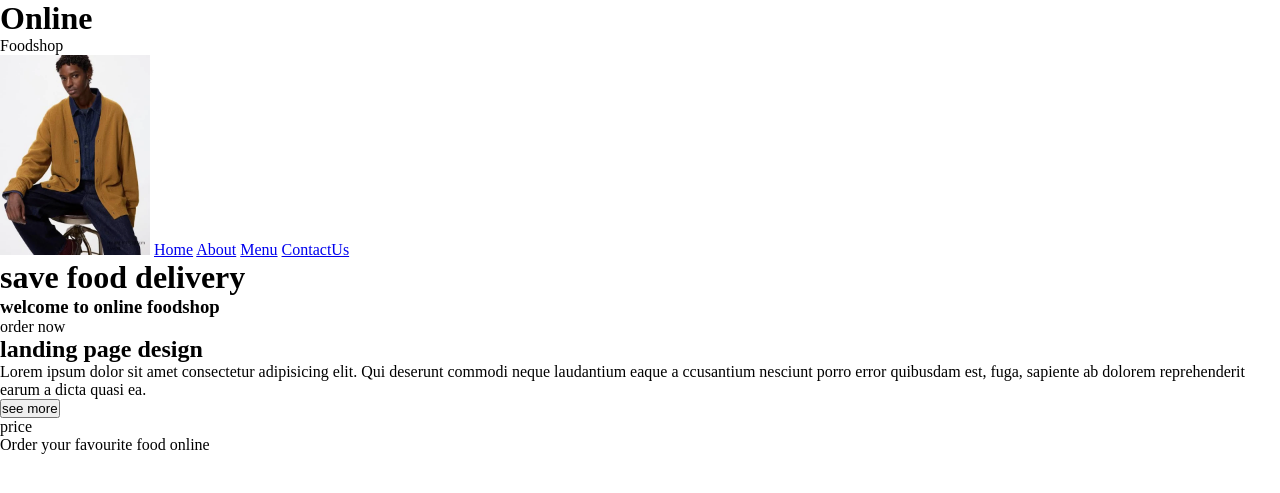
Repository: sristigupta04/basic-js-project
Page: online foood app.cpp/on.html
The author's editor kept a copy of each file at every save. The page is drawn from the files as they stood at one save, then again after the next save.
The browser window is 1280 px wide. The pictures show the whole page.

Above is the page before, as saved 2025-11-15 21:37:21.

### online foood app.cpp/on.html
<!DOCTYPE html>
<html lang="en">
<head>
    <meta charset="UTF-8">
    <meta name="viewport" content="width=device-width, initial-scale=1.0">
    <title>ONLINE FOOD Shop</title>
    <link rel="stylesheet" href="on.css"/>
</head>
<body>
    <h1>Online</h1>
    <span>Foodshop</span>
<div class="navi">
    <img src="wollen.webp"/>
<a href="#">Home</a>
<a href="#">About</a>
<a href="#">Menu</a>
<a href="#">ContactUs</a>
       <div class="main">
        <h1>save food delivery</h1>
        <div class="protfolio">
            <h3>welcome to online foodshop</h3>
            <span>order now</span>
            <h2>landing page design</h2>
            <p>Lorem ipsum  dolor sit amet consectetur adipisicing elit.
                Qui deserunt commodi neque laudantium eaque a
               ccusantium nesciunt porro error quibusdam est, fuga,
                sapiente ab dolorem reprehenderit earum a dicta
                 quasi ea.</p>
                 <button>see more</button>

            <div class="one"> price</div>
            <div class="tow"> Order your favourite food online</div>
        </div>
       </div>

</div>
</body>
</html>

### online foood app.cpp/on.css
*{
    padding: 0;
    margin: 0;
}

img{
    background-size: cover;
     /* height:100px; */
    width: 150px;
}

After the next save:
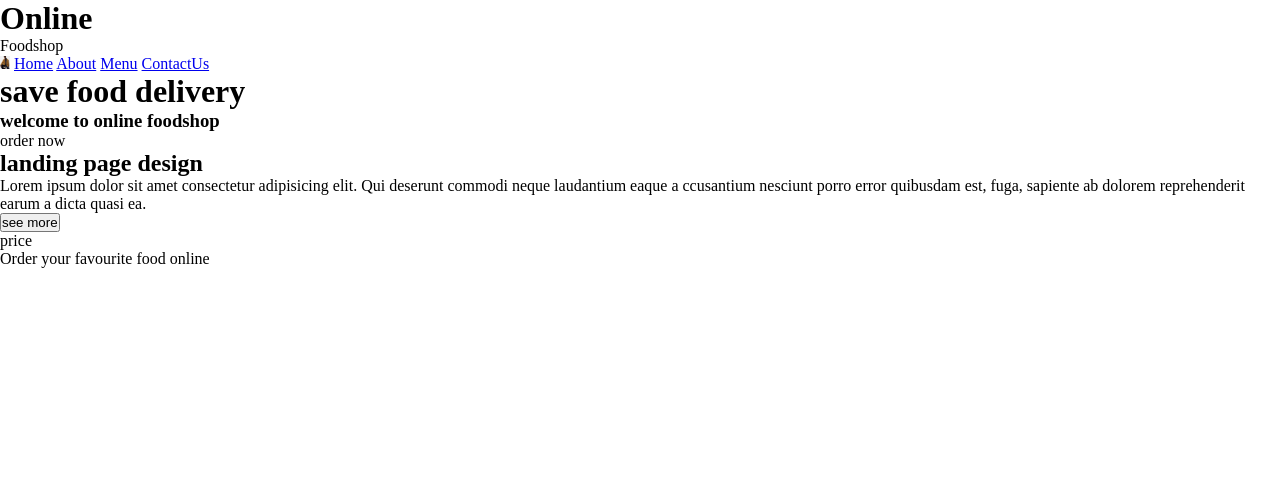
Saved 10 s later.
--- a/online foood app.cpp/on.css
+++ b/online foood app.cpp/on.css
@@ -6,5 +6,5 @@
 img{
     background-size: cover;
      /* height:100px; */
-    width: 150px;
+    width: 10px;
 }
